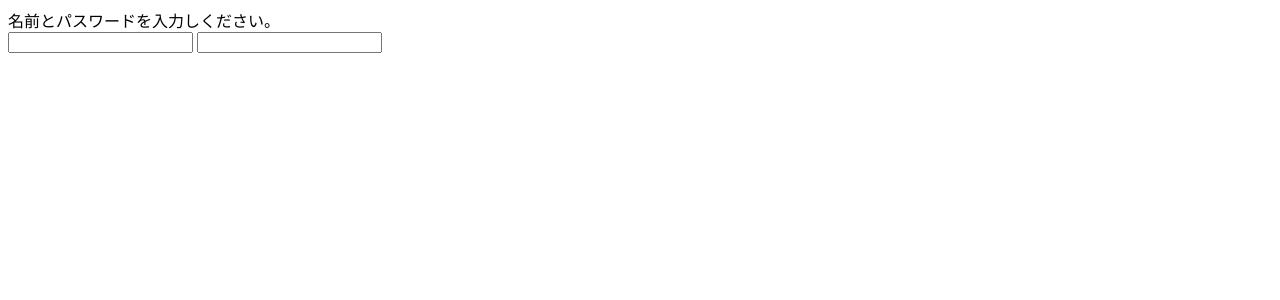
Repository: maeda-y42/test
Page: http://localhost/HelloServlet/welcome.jsp
These files come from the project's save history. The page is drawn as it stood at one moment and after the next save; the edit follows.
The browser window is 1280 px wide. The pictures show the whole page.
The page is served by Tomcat 9.

Above is the page before, as saved 2019-11-20 11:29:06.

After the next save:
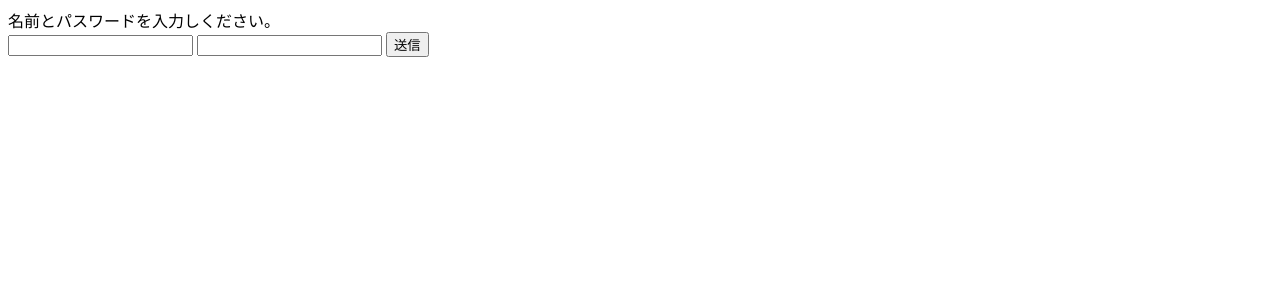
Saved 2 min 5 s later.
--- a/HelloServlet/WebContent/welcome.jsp
+++ b/HelloServlet/WebContent/welcome.jsp
@@ -12,6 +12,7 @@
 <form method="post" action="WelcomeServlet">
 <input type="text" name="username">
 <input type="password" name="password">
+<input type="submit" value="送信">
 
 </form>
 </body>
